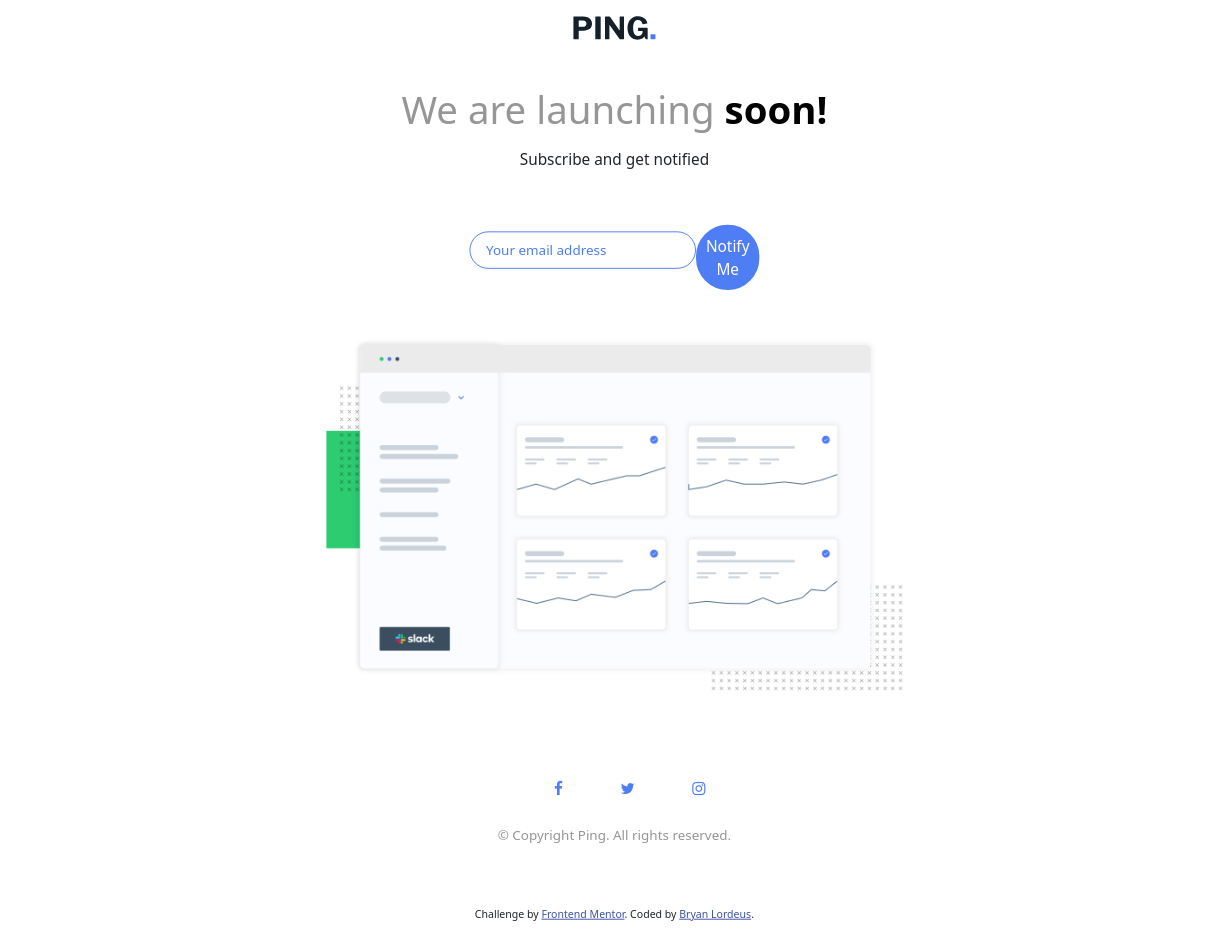
Repository: blordeus/ping-coming-soon-page-master
Page: index.html
The author's editor kept a copy of each file at every save. The page is drawn from the files as they stood at one save, then again after the next save.
The browser window is 1280 px wide. The pictures show the whole page, at 96% of full size.
The style sheet was rebuilt from its Sass, Less or Tailwind sources for each picture, by a compiler version that may differ from the author's.

Above is the page before, as saved 2023-08-31 12:32:17.

After the next save:
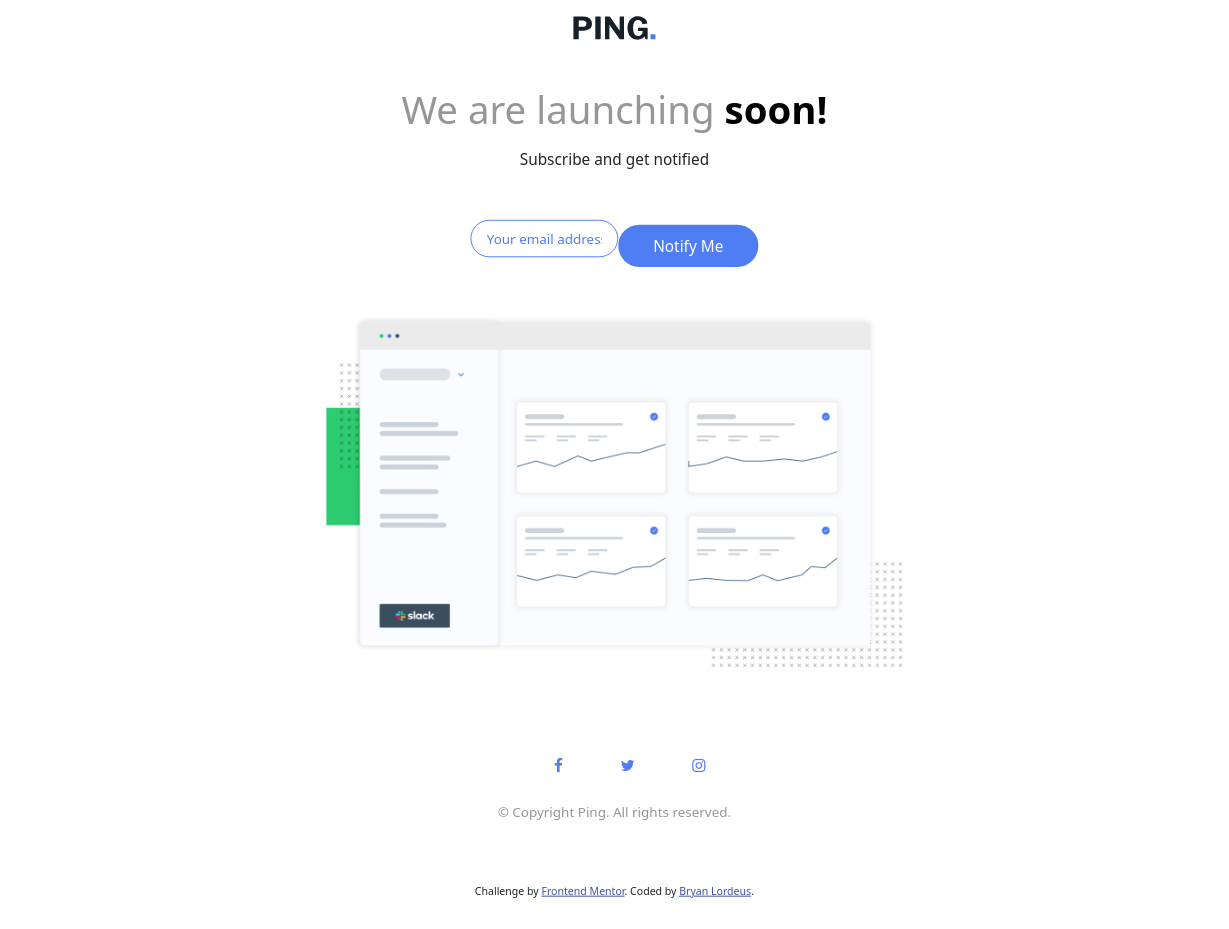
Saved 13 s later.
--- a/style.scss
+++ b/style.scss
@@ -123,7 +123,6 @@
     }
 
     form input, button {
-        width: auto;
     }
 
     button {

After the save that followed:
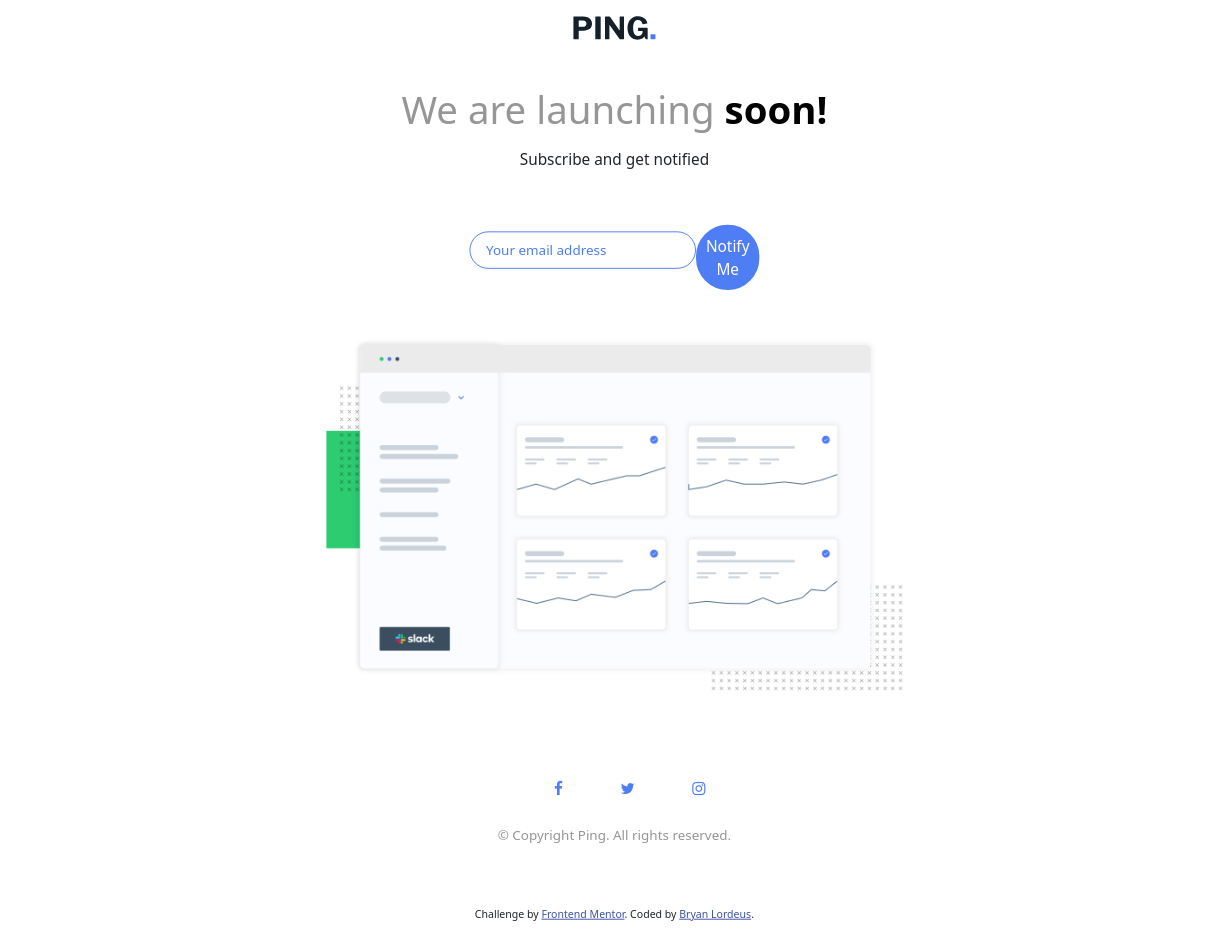
Saved 13 s later.
--- a/style.scss
+++ b/style.scss
@@ -123,6 +123,7 @@
     }
 
     form input, button {
+        width: auto;
     }
 
     button {
